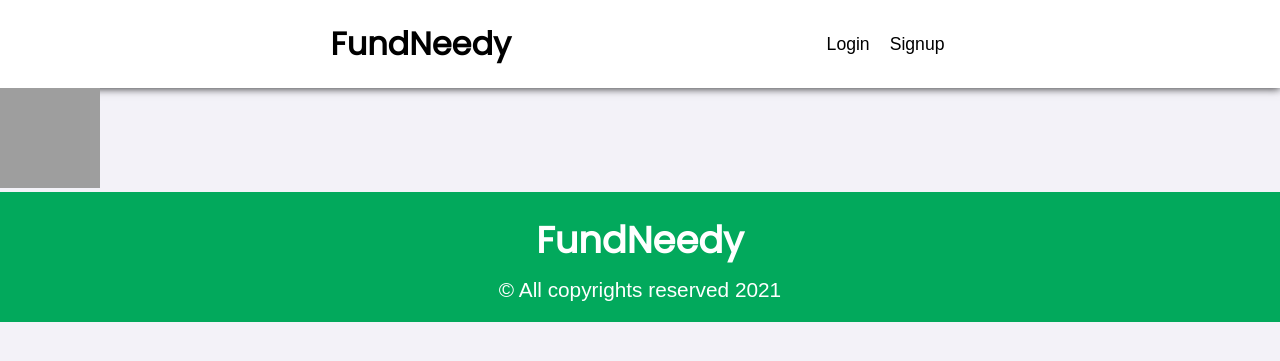
Repository: osdc/codejam
Page: /firmname (app in sassy-sandwiches/fund-needy/)
The author's editor kept a copy of each file at every save. The page is drawn from the files as they stood at one save, then again after the next save.
The browser window is 1280 px wide. The pictures show the whole page.
Pictures or frames that could not be fetched are drawn as grey boxes. The project was rebuilt for these pictures with package versions that can differ from the ones it lists, and the page was loaded fresh each time. Also part of the build but not shown: sassy-sandwiches/fund-needy/src/Showcase.css, sassy-sandwiches/fund-needy/src/Showcase.js, sassy-sandwiches/fund-needy/src/Needies.css, sassy-sandwiches/fund-needy/src/Needy.css, sassy-sandwiches/fund-needy/src/Needy.js, sassy-sandwiches/fund-needy/src/Needies.js.

Above is the page before, as saved 2021-01-09 21:20:31.

### sassy-sandwiches/fund-needy/src/App.js
import React from "react";
import "./App.css";
import Navbar from "./Navbar";
import Showcase from "./Showcase";
import Needies from "./Needies";
import Footer from "./Footer";
import { BrowserRouter as Router, Route, Switch } from "react-router-dom";
import FirmFund from "./FirmFund";

function App() {
  return (
    <div className="App">
      <Router>
        <Navbar />
        <Switch>
          <Route exact path="/" component={Showcase} />
          <Route path="/needies" component={Needies} />
          <Route path="/firmname" component={FirmFund} />
        </Switch>
        <Footer />
      </Router>
    </div>
  );
}

export default App;

### sassy-sandwiches/fund-needy/src/App.css
* {
  margin: 0;
  padding: 0;
  font-family: Arial, Helvetica, sans-serif;
}

body {
  background-color: #f3f2f8;
}

### sassy-sandwiches/fund-needy/src/Navbar.js
import React from "react";
import "./Navbar.css";

function Navbar() {
  return (
    <div className="navbar">
      <div className="navbar_logo">
        <h1>FundNeedy</h1>
      </div>
      <div className="navbar_login_signup">
        <button>Login</button>
        <button>Signup</button>
      </div>
    </div>
  );
}

export default Navbar;

### sassy-sandwiches/fund-needy/src/Footer.js
import React from "react";
import "./Footer.css";

function Footer() {
  return (
    <div className="footer">
      <h1>FundNeedy</h1>
      <p>© All copyrights reserved 2021</p>
    </div>
  );
}

export default Footer;

### sassy-sandwiches/fund-needy/src/FirmFund.js
import React from "react";
import "./FirmFund.css";

function FirmFund() {
  return (
    <div className="firmFund">
      <div className="firmFund_image">
        <img
          src="https://i.pinimg.com/originals/ba/fc/15/bafc1525cef9606c5c064694ca8e60fb.jpg"
          alt=""
        />
      </div>
    </div>
  );
}

export default FirmFund;

### sassy-sandwiches/fund-needy/src/Navbar.css
@import url("https://fonts.googleapis.com/css2?family=Poppins&display=swap");

.navbar {
  display: flex;
  align-items: center;
  justify-content: space-evenly;
  padding: 20px;
  -webkit-box-shadow: 0px 1px 8px 0px rgba(0, 0, 0, 0.75);
  -moz-box-shadow: 0px 1px 8px 0px rgba(0, 0, 0, 0.75);
  box-shadow: 0px 1px 8px 0px rgba(0, 0, 0, 0.75);
  background-color: #fff;
  /* position: sticky; */
  top: 0;
  z-index: 10000;
}

.navbar_logo > h1 {
  font-family: "Poppins", sans-serif;
}

.navbar_login_signup {
  display: flex;
  align-items: center;
  justify-content: space-between;
}

.navbar_login_signup > button:nth-of-type(1) {
  margin-right: 10px;
}

.navbar_login_signup > button {
  padding: 5px;
  font-size: 1.1rem;
  outline: none;
  border: none;
  background-color: #fff;
  cursor: pointer;
  width: 100%;
}

### sassy-sandwiches/fund-needy/src/Footer.css
.footer {
  text-align: center;
  background-color: #02a95c;
  color: #fff;
  padding: 20px;
}

.footer > h1 {
  font-size: 2.3rem;
  font-family: "Poppins";
}

.footer > p {
  font-size: 1.3rem;
  font-weight: 400;
  margin-top: 10px;
}

### sassy-sandwiches/fund-needy/src/FirmFund.css
.firmFund_image > img {
  height: 100px;
  width: 100px;
}

Loaded but not shown: sassy-sandwiches/fund-needy/public/index.html (common file); sassy-sandwiches/fund-needy/src/index.js (common file); sassy-sandwiches/fund-needy/src/index.css (common file)

After the next save:
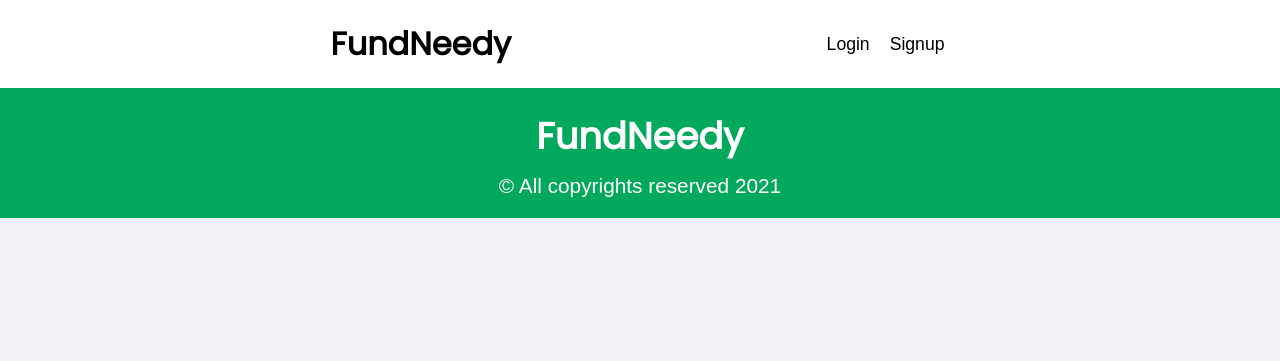
Saved 5 min 5 s later.
--- a/sassy-sandwiches/fund-needy/src/FirmFund.css
+++ b/sassy-sandwiches/fund-needy/src/FirmFund.css
@@ -1,4 +1,3 @@
 .firmFund_image > img {
-  height: 100px;
-  width: 100px;
+  display: none;
 }

After the save that followed:
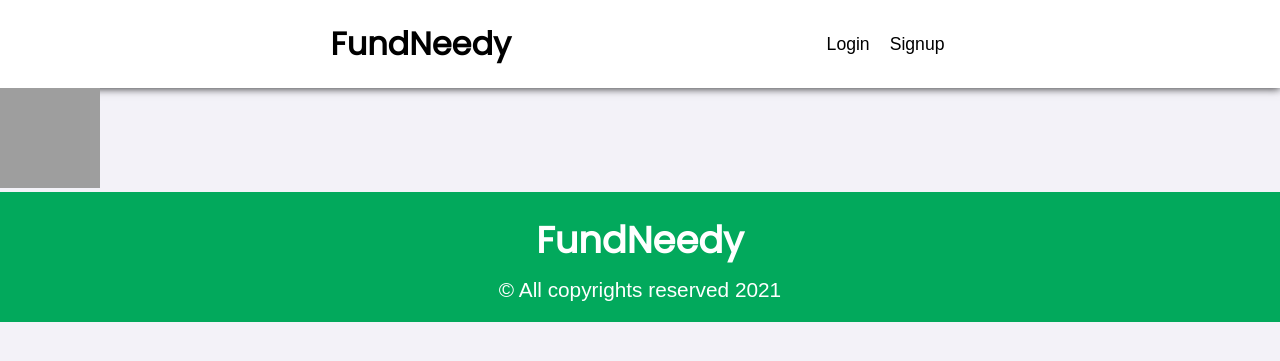
Saved 5 s later.
--- a/sassy-sandwiches/fund-needy/src/FirmFund.css
+++ b/sassy-sandwiches/fund-needy/src/FirmFund.css
@@ -1,3 +1,4 @@
 .firmFund_image > img {
-  display: none;
+  height: 100px;
+  width: 100px;
 }
